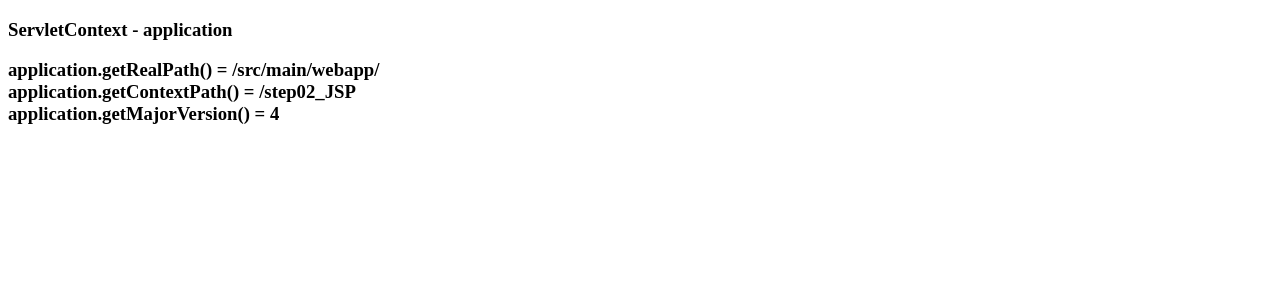
Repository: j-hee-98/Servlet-JSP
Page: http://localhost/step02_JSP/application/applicationMethod.jsp
These files come from the project's save history. The page is drawn as it stood at one moment and after the next save; the edit follows.
The browser window is 1280 px wide. The pictures show the whole page.
The page is served by Tomcat 9. Other server files are loaded and not shown.

Above is the page before, as saved 2025-04-15 05:50:06.

### step02_JSP/src/main/webapp/application/applicationMethod.jsp
<%@ page language="java" contentType="text/html; charset=UTF-8"
    pageEncoding="UTF-8"%>
<!DOCTYPE html>
<html>
<head>
<meta charset="UTF-8">
<title>Insert title here</title>
</head>
<body>
<h3>ServletContext - application</h3>
<h3>
	application.getRealPath() = <%=application.getRealPath("/") %><br>
	application.getContextPath() = <%=application.getContextPath() %><br>
	application.getMajorVersion() = <%=application.getMajorVersion() %><br>
</h3>
</body>
</html>

After the next save:
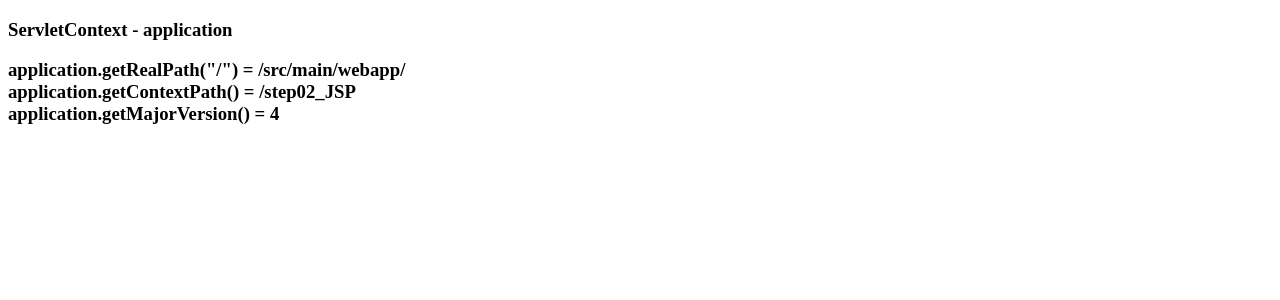
Saved 35 s later.
--- a/step02_JSP/src/main/webapp/application/applicationMethod.jsp
+++ b/step02_JSP/src/main/webapp/application/applicationMethod.jsp
@@ -9,7 +9,7 @@
 <body>
 <h3>ServletContext - application</h3>
 <h3>
-	application.getRealPath() = <%=application.getRealPath("/") %><br>
+	application.getRealPath("/") = <%=application.getRealPath("/") %><br>
 	application.getContextPath() = <%=application.getContextPath() %><br>
 	application.getMajorVersion() = <%=application.getMajorVersion() %><br>
 </h3>
